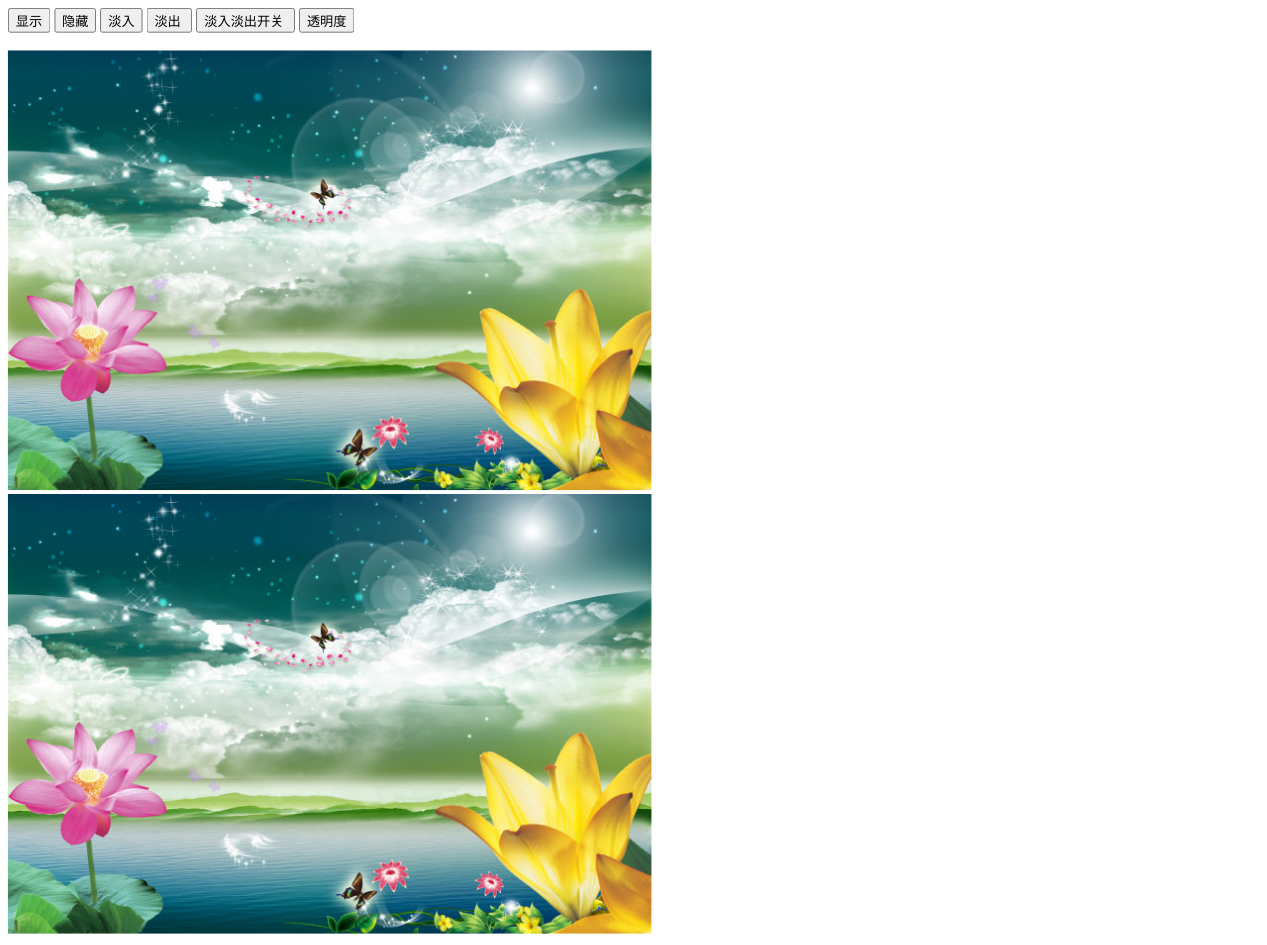
Repository: jsjchai/springmvc_study
Page: springmvc/jquery/jquery_Test/WebContent/jqueryTest14.html
An editor plug-in stored every save of this project. The page is shown before and after the next save, followed by the edit.
The browser window is 1280 px wide. The pictures show the whole page, at 99% of full size.

Above is the page before, as saved 2015-04-06 11:57:52.

### springmvc/jquery/jquery_Test/WebContent/jqueryTest14.html
<!DOCTYPE html>
<html>
<head>
<meta charset="UTF-8">
<title>jquery动画效果</title>
<script type="text/javascript" src="./js/jquery-1.11.2.js"></script>
<script type="text/javascript">
	//onload事件
	$(document).ready(function(){
		//显示
		$("#b1").click(function(){
			$("#img1").show();
		});
		//隐藏
		$("#b2").click(function(){
			$("#img1").hide();
		});
		//淡入
		$("#b3").click(function(){
			$("#img1").fadeIn();
		});
		//淡出
		$("#b4").click(function(){
			$("#img1").fadeOut();
		});
		//淡入淡出开关
		$("#b5").click(function(){
			//$("#img1").fadeToggle();
			//$("#img1").fadeToggle("slow");
			//$("#img1").fadeToggle("fast");
			$("#img1").fadeToggle(5000);
		});
		//透明度
		$("#b6").click(function(){
			$("#img1").fadeTo("slow",0.2);
			$("#img2").fadeTo("slow",0.8);
		});
	});

</script>
</head>
<body>
	<input type="button" value="显示" id="b1">
	<input type="button" value="隐藏" id="b2">
	<input type="button" value="淡入" id="b3">
	<input type="button" value="淡出 " id="b4">
	<input type="button" value="淡入淡出开关 " id="b5">
	<input type="button" value="透明度" id="b6">
	<br><br>
	<img alt="图片" src="./images/1.jpg" id="img1">
	<img alt="图片" src="./images/2.jpg" id="img2">
</body>
</html>

Loaded but not shown: springmvc/jquery/jquery_Test/WebContent/js/jquery-1.11.2.js (library)

After the next save:
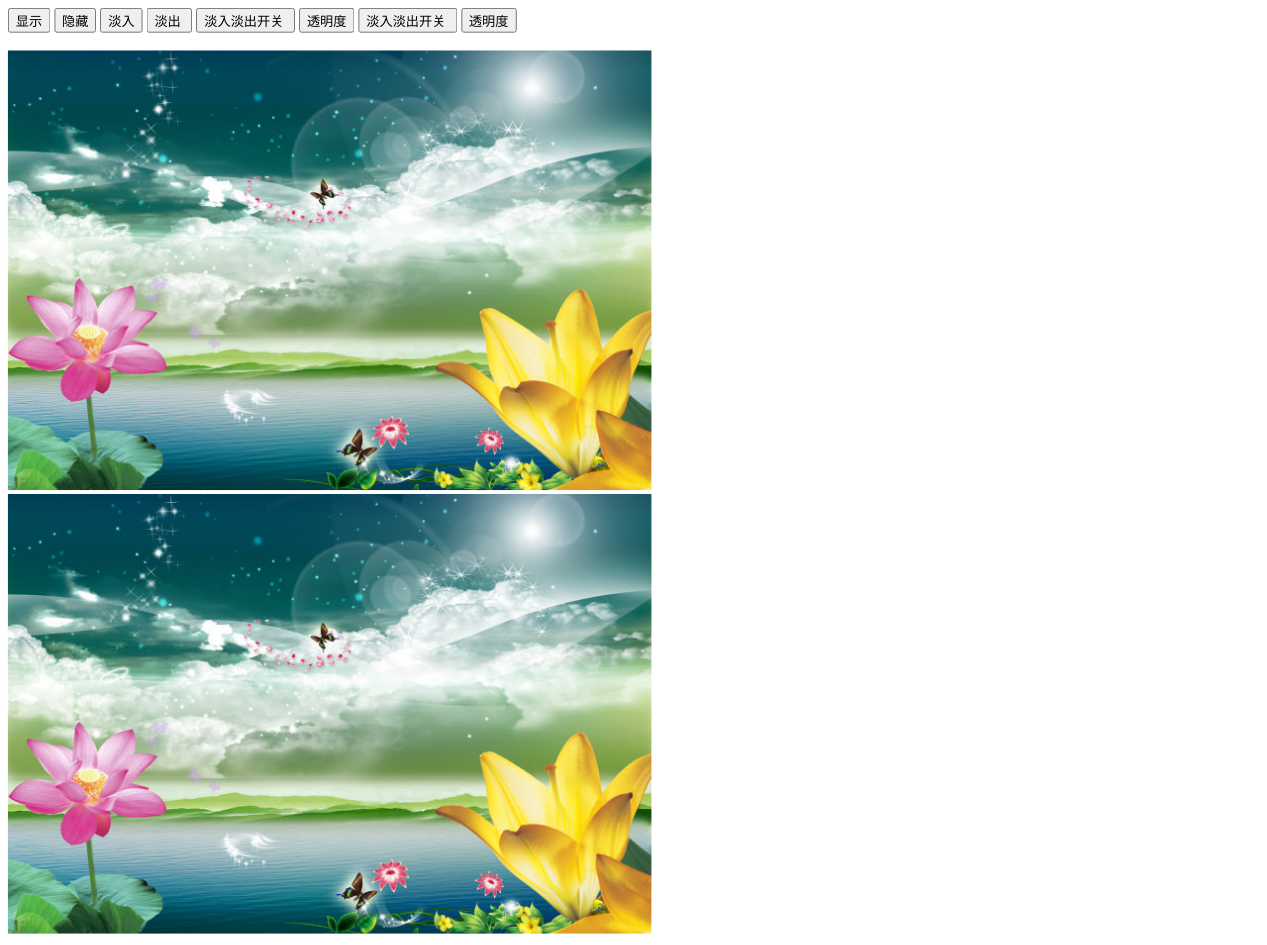
Saved 4 min 15 s later.
--- a/springmvc/jquery/jquery_Test/WebContent/jqueryTest14.html
+++ b/springmvc/jquery/jquery_Test/WebContent/jqueryTest14.html
@@ -46,6 +46,8 @@
 	<input type="button" value="淡出 " id="b4">
 	<input type="button" value="淡入淡出开关 " id="b5">
 	<input type="button" value="透明度" id="b6">
+	<input type="button" value="淡入淡出开关 " id="b7">
+	<input type="button" value="透明度" id="b8">
 	<br><br>
 	<img alt="图片" src="./images/1.jpg" id="img1">
 	<img alt="图片" src="./images/2.jpg" id="img2">
